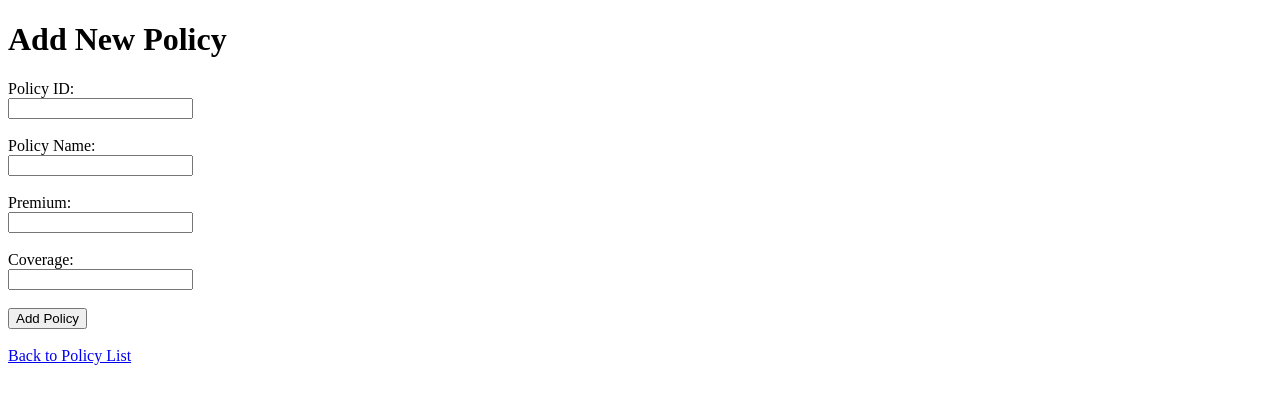
Repository: official1-srv-modak/j2ee-assignment-1
Page: InsuranceBrokerManagementSystem/src/main/webapp/addPolicy.html
These files come from the project's save history. The page is drawn as it stood at one moment and after a run of saves; the edit follows.
The browser window is 1280 px wide. The pictures show the whole page.

Above is the page before, as saved 2024-09-30 03:18:44.

After the next 2 saves:
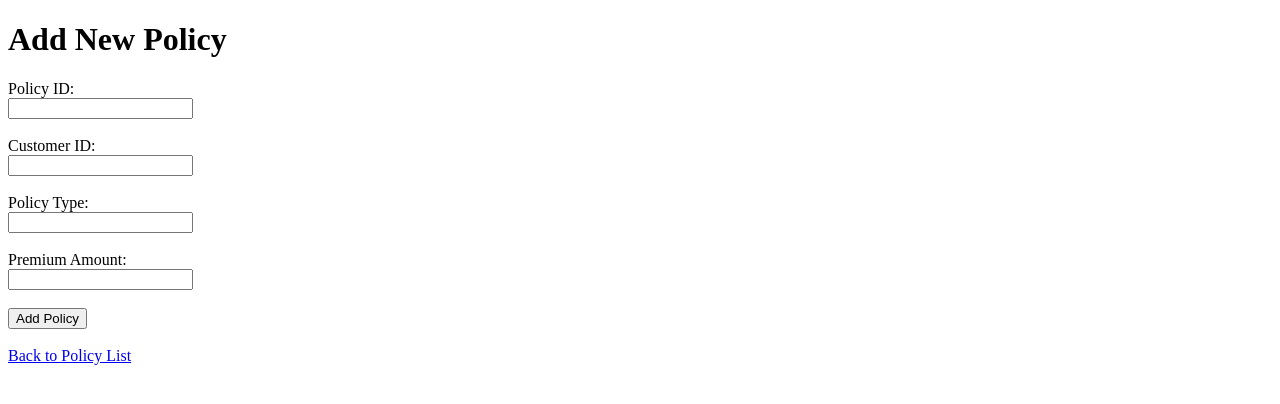
The 2 saves are shown as one change because they came seconds apart.
The last was saved 10 s later.
--- a/InsuranceBrokerManagementSystem/src/main/webapp/addPolicy.html
+++ b/InsuranceBrokerManagementSystem/src/main/webapp/addPolicy.html
@@ -11,18 +11,18 @@
         <label for="id">Policy ID:</label><br>
         <input type="text" id="id" name="id" required><br><br>
 
-        <label for="name">Policy Name:</label><br>
-        <input type="text" id="name" name="name" required><br><br>
+        <label for="customerId">Customer ID:</label><br>
+        <input type="text" id="customerId" name="customerId" required><br><br>
 
-        <label for="premium">Premium:</label><br>
-        <input type="number" id="premium" name="premium" required><br><br>
+        <label for="type">Policy Type:</label><br>
+        <input type="text" id="type" name="type" required><br><br>
 
-        <label for="coverage">Coverage:</label><br>
-        <input type="text" id="coverage" name="coverage" required><br><br>
+        <label for="premium">Premium Amount:</label><br>
+        <input type="number" id="premium" name="premium" required step="0.01"><br><br>
 
         <input type="submit" value="Add Policy">
     </form>
     <br>
-    <a href="policies">Back to Policy List</a> <!-- Link to go back to the policy list -->
+    <a href="policies">Back to Policy List</a>
 </body>
 </html>
